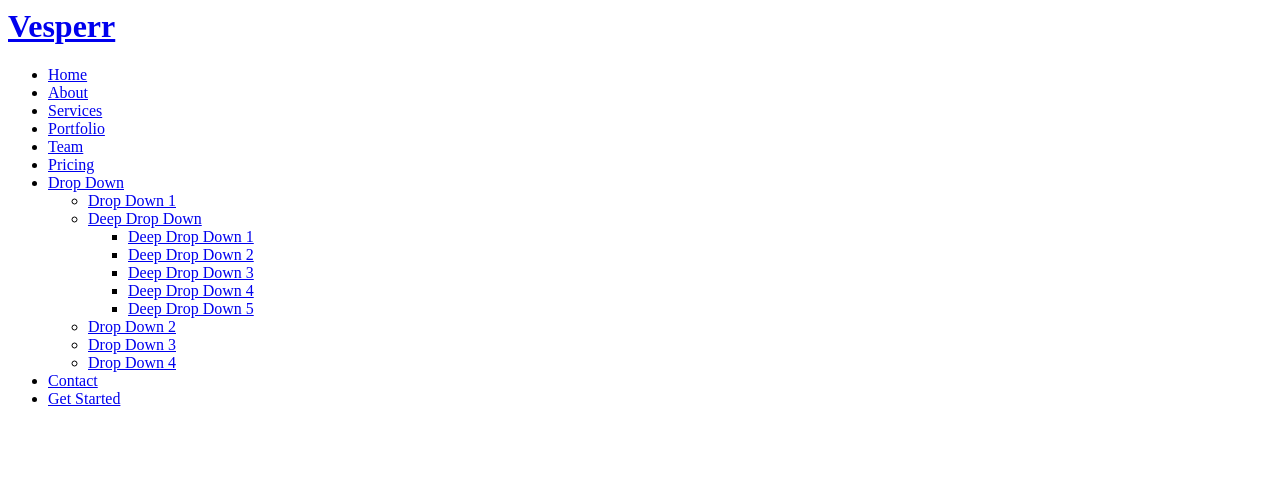
Repository: POLLJJAK/POLLJJAK
Page: http://localhost/POLLJJAK/common/Nav.jsp
An editor plug-in stored every save of this project. The page is shown before and after the next save, followed by the edit.
The browser window is 1280 px wide. The pictures show the whole page.
The page is served by Tomcat 9.

Above is the page before, as saved 2022-12-18 09:46:38.

After the next save:
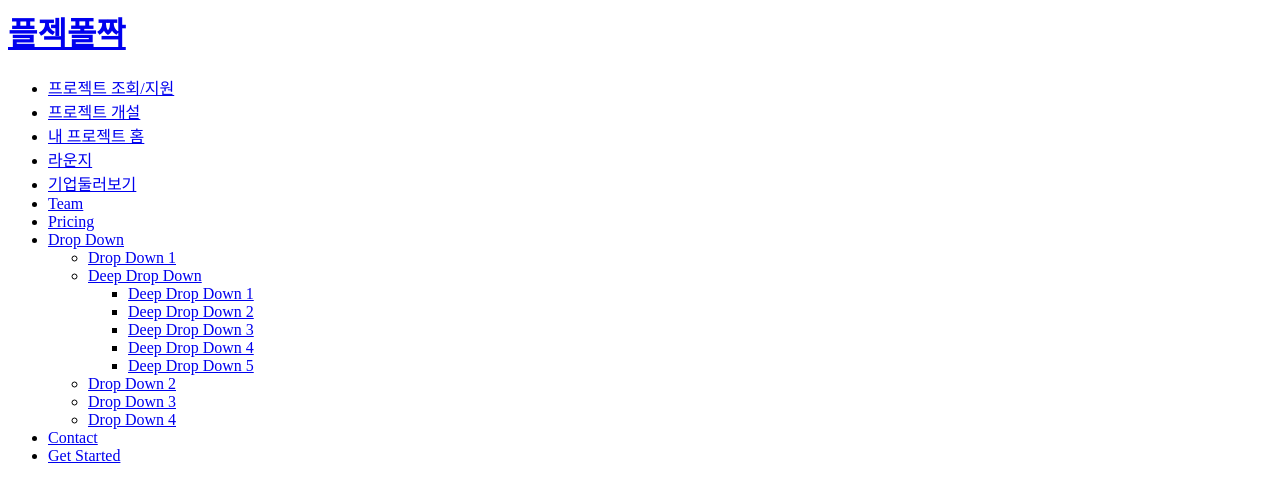
Saved 7 min 46 s later.
--- a/POLLJJAK/WebContent/common/Nav.jsp
+++ b/POLLJJAK/WebContent/common/Nav.jsp
@@ -8,17 +8,18 @@
     <div class="container d-flex align-items-center justify-content-between">
 
       <div class="logo">
-        <h1><a href="index.html">Vesperr</a></h1>
+        <h1><a href="index.html">플젝폴짝</a></h1>
         <!-- Uncomment below if you prefer to use an image logo -->
         <!-- <a href="index.html"><img src="assets/img/logo.png" alt="" class="img-fluid"></a>-->
       </div>
 
       <nav id="navbar" class="navbar">
         <ul>
-          <li><a class="nav-link scrollto active" href="#hero">Home</a></li>
-          <li><a class="nav-link scrollto" href="#about">About</a></li>
-          <li><a class="nav-link scrollto" href="#services">Services</a></li>
-          <li><a class="nav-link scrollto " href="#portfolio">Portfolio</a></li>
+          <li><a class="nav-link scrollto active" href="#hero">프로젝트 조회/지원</a></li>
+          <li><a class="nav-link scrollto" href="#about">프로젝트 개설</a></li>
+          <li><a class="nav-link scrollto" href="#services">내 프로젝트 홈</a></li>
+          <li><a class="nav-link scrollto " href="#portfolio">라운지</a></li>
+          <li><a class="nav-link scrollto " href="#portfolio">기업둘러보기</a></li>
           <li><a class="nav-link scrollto" href="#team">Team</a></li>
           <li><a class="nav-link scrollto" href="#pricing">Pricing</a></li>
           <li class="dropdown"><a href="#"><span>Drop Down</span> <i class="bi bi-chevron-down"></i></a>
